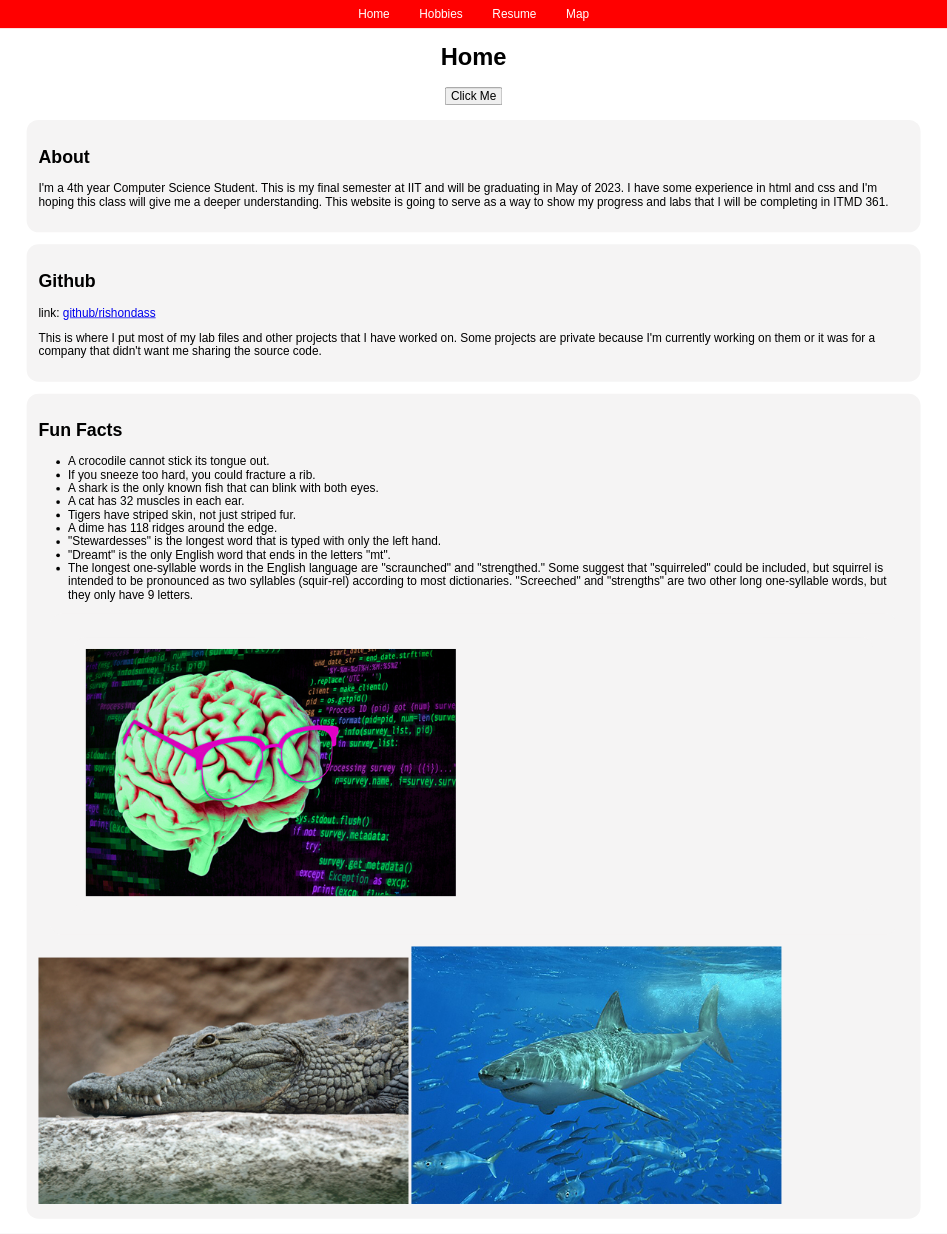
Repository: rishondass/ITMD361-Project3
Page: index.html
An editor plug-in stored every save of this project. The page is shown before and after a run of saves, followed by the edit.
The browser window is 1280 px wide. The pictures show the whole page, at 74% of full size.

Above is the page before, as saved 2023-04-28 18:15:35.

After the next 6 saves:
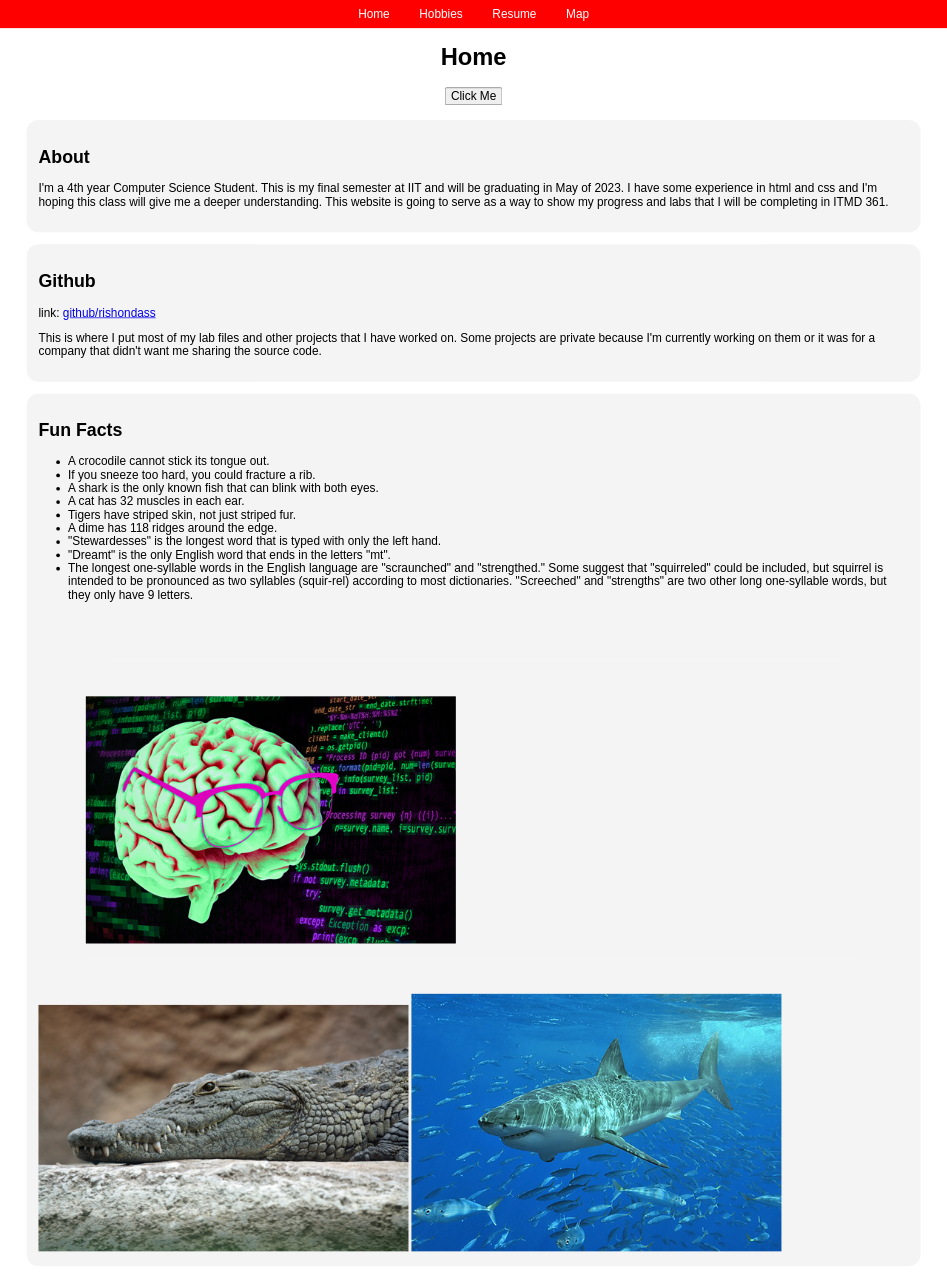
The 6 saves are shown as one change because they came seconds apart.
The last was saved 18 s later.
--- a/index.html
+++ b/index.html
@@ -89,6 +89,7 @@
       </ul>
       <div class="slideshow-container">
         <div class="mySlides fade">
+          <div class="num"></div>
           <img src="images/code.jpg" alt="image_of_code">
         </div>
       </div>
